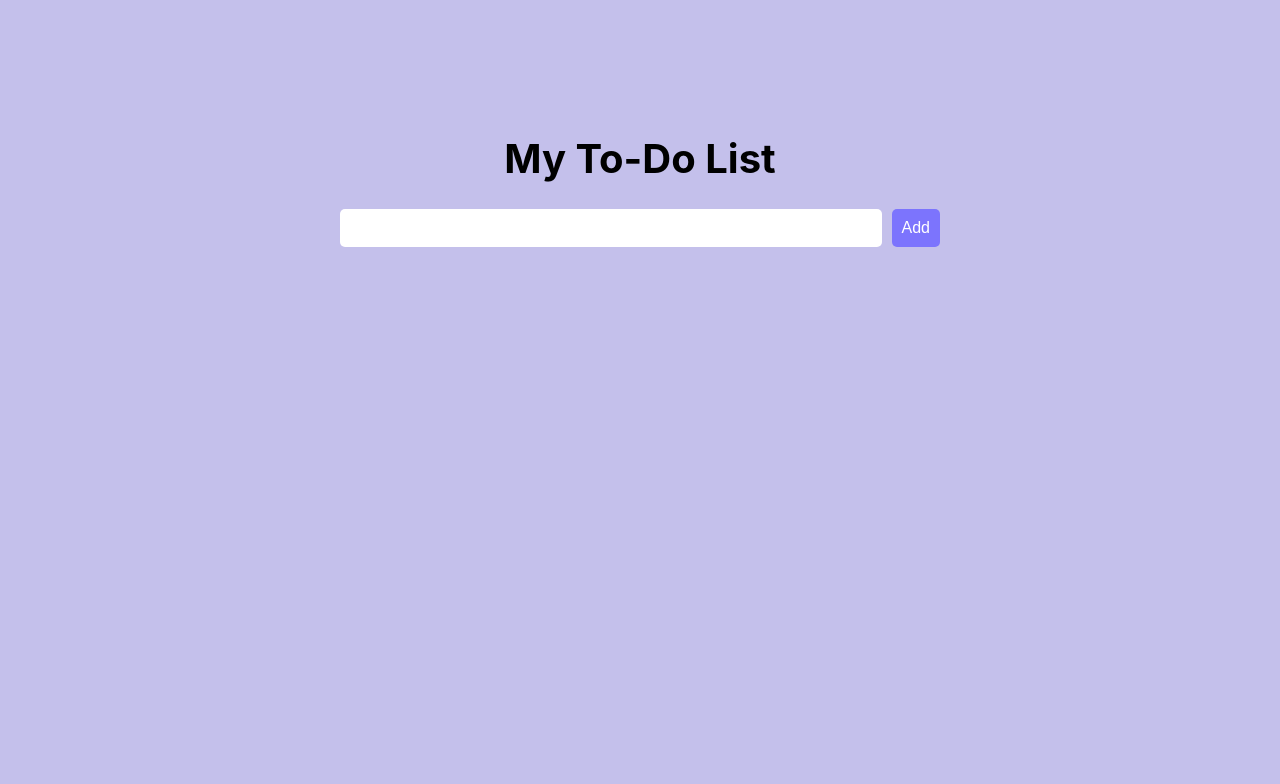
Repository: bianphang/todo-list_vanilla-js
Page: index.html
These files come from the project's save history. The page is drawn as it stood at one moment and after the next save; the edit follows.
The browser window is 1280 px wide. The pictures show the whole page.

Above is the page before, as saved 2024-06-10 15:05:41.

After the next save:
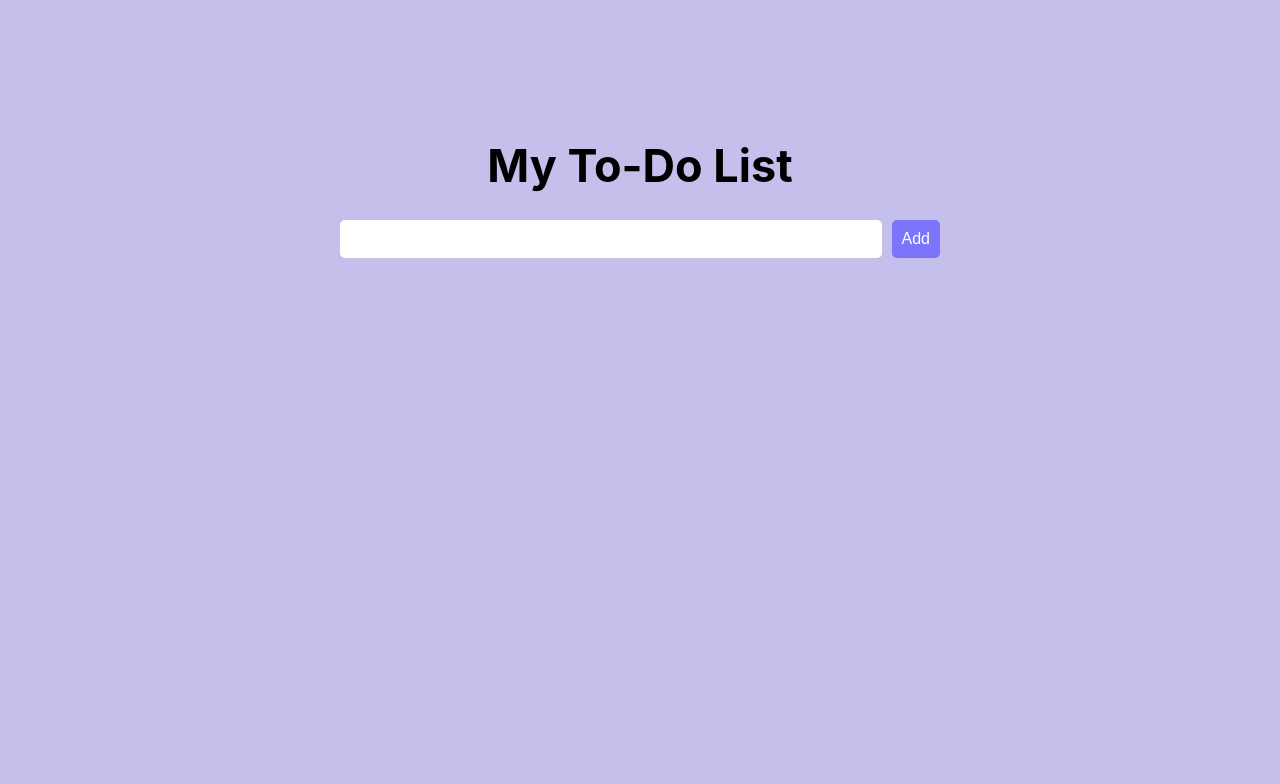
Saved 27 s later.
--- a/styles.css
+++ b/styles.css
@@ -23,7 +23,7 @@ body {
 }
 
 .title {
-  font-size: 40px;
+  font-size: 45px;
   text-align: center;
   margin-bottom: 20px;
 }
